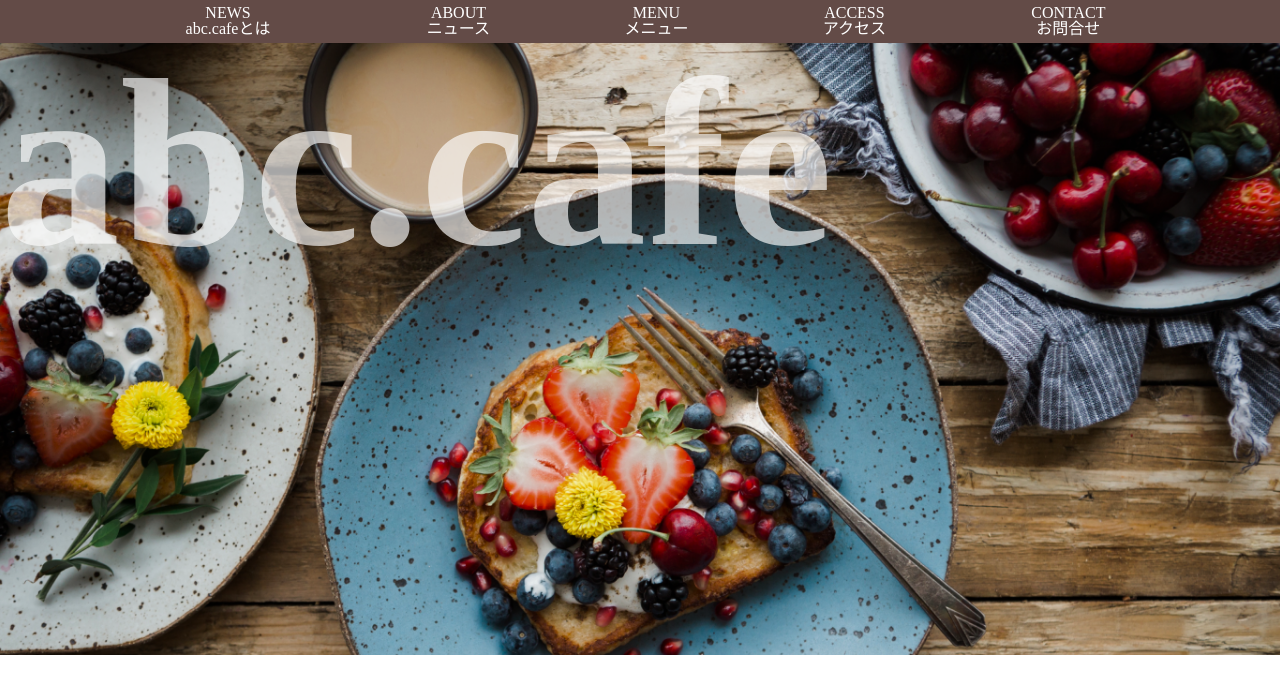
Repository: nozomi-23/lp1_test
Page: index.html
An editor plug-in stored every save of this project. The page is shown before and after a run of saves, followed by the edit.
The browser window is 1280 px wide. The pictures show the whole page.

Above is the page before, as saved 2022-06-07 23:05:05.

### index.html
<!DOCTYPE html>
<html lang="en">
<head>
  <meta charset="UTF-8">
  <title>abc.cafe</title>
  <meta name="description" content="旬の果物とオーガニックなカフェ">
  <meta name="keywords" content="cafe,カフェ,フルーツ,お洒落">
  <meta name="viewport" content="width=device-width, initial-scale=1.0">
  <meta property="og:title" content="フルーツカフェ「abc.cafe」">
  <meta property="og:type" content="article">
  <meta property="og:url" content="https://withcode-plus.tech">
  <meta property="og:image" content="img/logo.png">
  <meta property="og:description" content="旬の果物とカラダに優しい食事を。">
  <meta property="og:site_name" content="お洒落なフルーツカフェ">
  <link rel="icon" href="img/favicon1.ico">
  <link rel="apple-touch-icon" sizes="180x180" href="img/logo.png">
  <link rel="preconnect" href="https://fonts.googleapis.com">
  <link rel="preconnect" href="https://fonts.gstatic.com" crossorigin>
  <link href="https://fonts.googleapis.com/css2?family=Noto+Serif+JP:wght@400;500;600;700;900&display=swap"
    rel="stylesheet">
  <link rel="stylesheet" href="css/reset.css">
  <link rel="stylesheet" href="css/common.css">
</head>
<body>
  <!-- ============= header -->
  <header>
    <div class="header_wrapper">
      <div class="inner">
        <nav class="header_nav">
          <ul>
            <li><a href="#news">NEWS<span>abc.cafeとは</span></a></li>
            <li><a href="#">ABOUT<span>ニュース</span></a></li>
            <li><a href="#">MENU<span>メニュー</span></a></li>
            <li><a href="#">ACCESS<span>アクセス</span></a></li>
            <li><a href="#">CONTACT<span>お問合せ</span></a></li>
          </ul>
        </nav>
      </div>
    </div>
  </header>
  <!-- ===================-main -->
  <div class="top_wrapper">
    <div class="top_inner">
      <h1>abc.cafe</h1>
    </div>
  </div>
  <!-- ===================-news -->
  <section class="section" id="news">

  </section>







</body>
</html>

### css/reset.css
@charset "UTF-8";

html,
body,
div,
span,
object,
iframe,
h1,
h2,
h3,
h4,
h5,
h6,
p,
blockquote,
pre,
abbr,
address,
cite,
code,
del,
dfn,
em,
img,
ins,
kbd,
q,
samp,
small,
strong,
sub,
sup,
var,
b,
i,
dl,
dt,
dd,
ol,
ul,
li,
fieldset,
form,
label,
legend,
table,
caption,
tbody,
tfoot,
thead,
tr,
th,
td,
article,
aside,
canvas,
details,
figcaption,
figure,
footer,
header,
hgroup,
menu,
nav,
section,
summary,
time,
mark,
audio,
video {
  margin: 0;
  padding: 0;
  border: 0;
  outline: 0;
  font-size: 100%;
  vertical-align: baseline;
  background: transparent;
}

body {
  line-height: 1;
}

article,
aside,
details,
figcaption,
figure,
footer,
header,
hgroup,
menu,
nav,
section {
  display: block;
}

nav ul {
  list-style: none;
}

blockquote,
q {
  quotes: none;
}

blockquote:before,
blockquote:after,
q:before,
q:after {
  content: '';
  content: none;
}

a {
  margin: 0;
  padding: 0;
  font-size: 100%;
  vertical-align: baseline;
  background: transparent;
}

/* change colours to suit your needs */
ins {
  background-color: #ff9;
  color: #000;
  text-decoration: none;
}

/* change colours to suit your needs */
mark {
  background-color: #ff9;
  color: #000;
  font-style: italic;
  font-weight: bold;
}

del {
  text-decoration: line-through;
}

abbr[title],
dfn[title] {
  border-bottom: 1px dotted;
  cursor: help;
}

table {
  border-collapse: collapse;
  border-spacing: 0;
}

/* change border colour to suit your needs */
hr {
  display: block;
  height: 1px;
  border: 0;
  border-top: 1px solid #cccccc;
  margin: 1em 0;
  padding: 0;
}

input,
select {
  vertical-align: middle;
}

### css/common.css
@charset "UTF-8";

body {
  font-size: 16px;
  color: #333;
  font-family: 'Noto Serif JP', serif;
  word-break: break-all;
  letter-spacing: 5%;
}
a {
  text-decoration: none;
  color: #333;
}
li {
  list-style: none;
}
.inner {
  width: 85%;
  margin: 0 auto;
  /* background-color: aqua; */
}

/* =====================
header
=========================*/
.header_wrapper {
  width: 100%;
  background-color: #634B47;
}
.header_nav ul {
  width: 100%;
  display: table;
}
.header_nav ul li {
  display: table-cell;
  text-align: center;
}
.header_nav ul li a {
  display: inline-block;
  color: #fff;
  padding: 2% 0;
}
.header_nav ul li a:hover {
  opacity: 0.5;
}
.header_nav ul li a span {
  display: block;
}
/* =====================
main
=========================*/
.top_wrapper {
  width: 100%;
  height: 85vh;
  overflow: hidden;
  background: url(../img/main.png) no-repeat center;
  background-size: cover;
  position: relative;
}
.top_inner::after {
  content: "";
  position: absolute;
  width: 100%;

}
.top_inner h1{
  font-family: 'Lobster', cursive;
  font-size: 15rem;
  color: #fff;
  opacity: 65%;
}

After the next 3 saves:
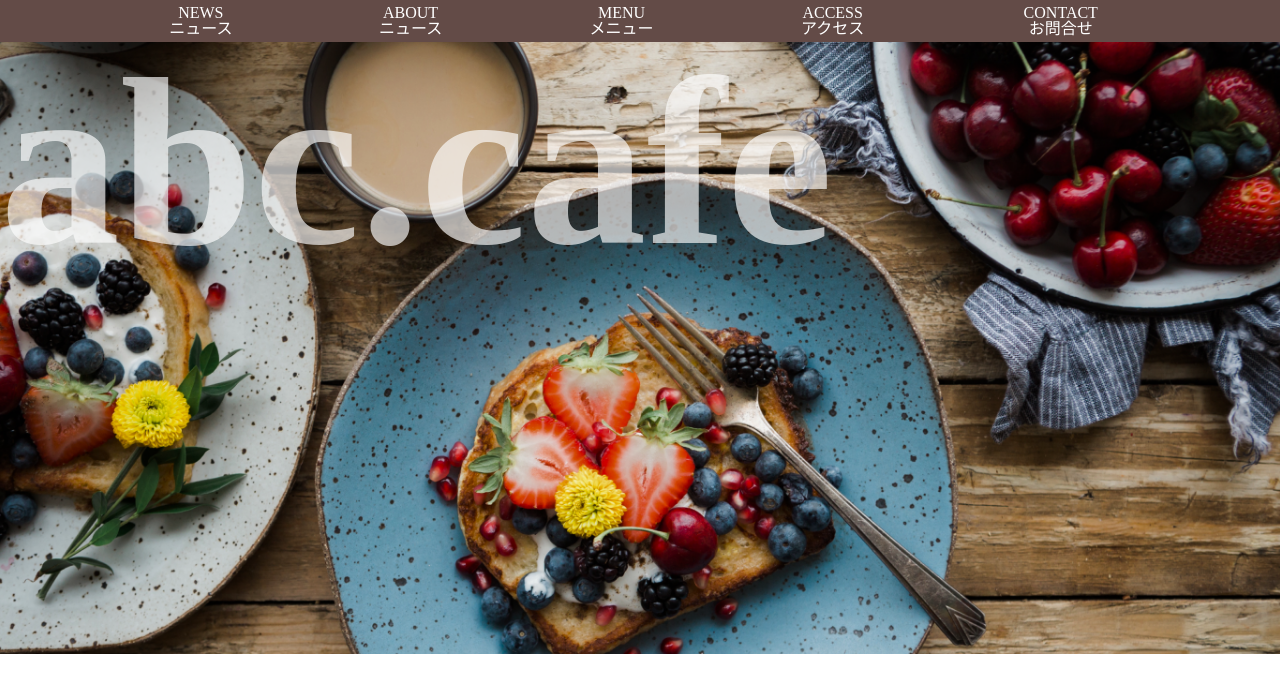
The 3 saves are shown as one change because they came seconds apart.
The last was saved 16 s later.
--- a/index.html
+++ b/index.html
@@ -28,7 +28,7 @@
       <div class="inner">
         <nav class="header_nav">
           <ul>
-            <li><a href="#news">NEWS<span>abc.cafeとは</span></a></li>
+            <li><a href="#news">NEWS<span>ニュース</span></a></li>
             <li><a href="#">ABOUT<span>ニュース</span></a></li>
             <li><a href="#">MENU<span>メニュー</span></a></li>
             <li><a href="#">ACCESS<span>アクセス</span></a></li>

After the save that followed:
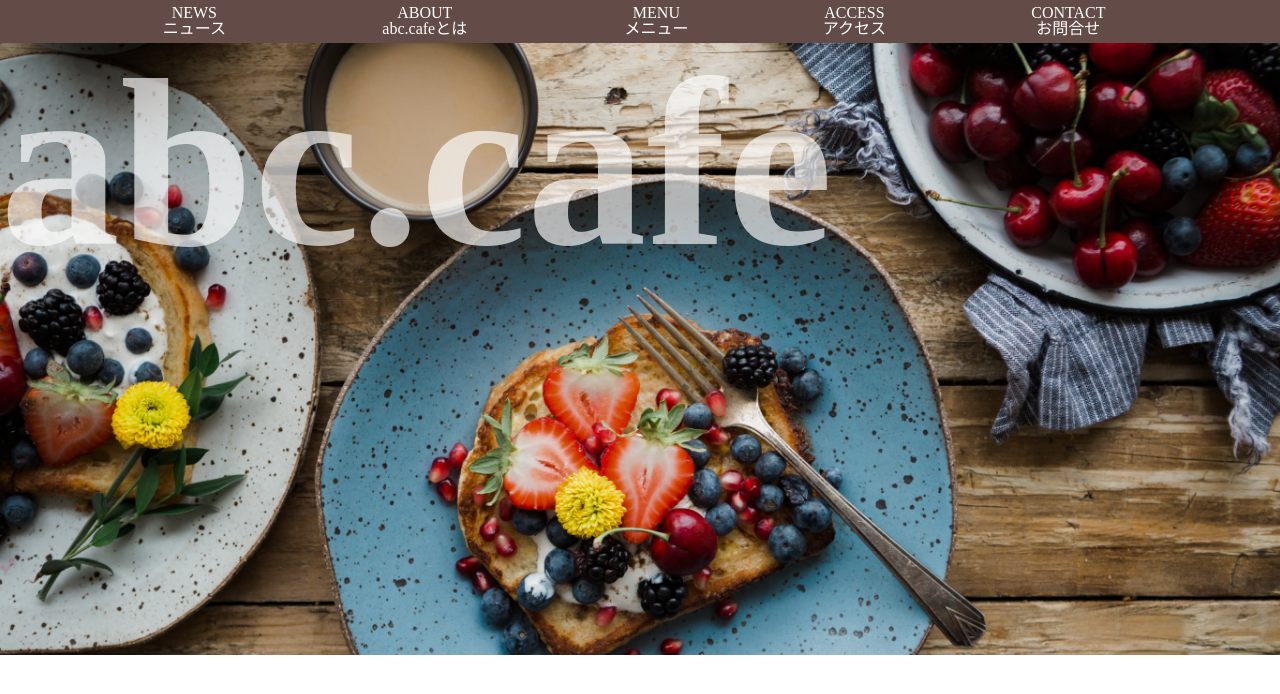
Saved 4 s later.
--- a/index.html
+++ b/index.html
@@ -29,7 +29,7 @@
         <nav class="header_nav">
           <ul>
             <li><a href="#news">NEWS<span>ニュース</span></a></li>
-            <li><a href="#">ABOUT<span>ニュース</span></a></li>
+            <li><a href="#">ABOUT<span>abc.cafeとは</span></a></li>
             <li><a href="#">MENU<span>メニュー</span></a></li>
             <li><a href="#">ACCESS<span>アクセス</span></a></li>
             <li><a href="#">CONTACT<span>お問合せ</span></a></li>
